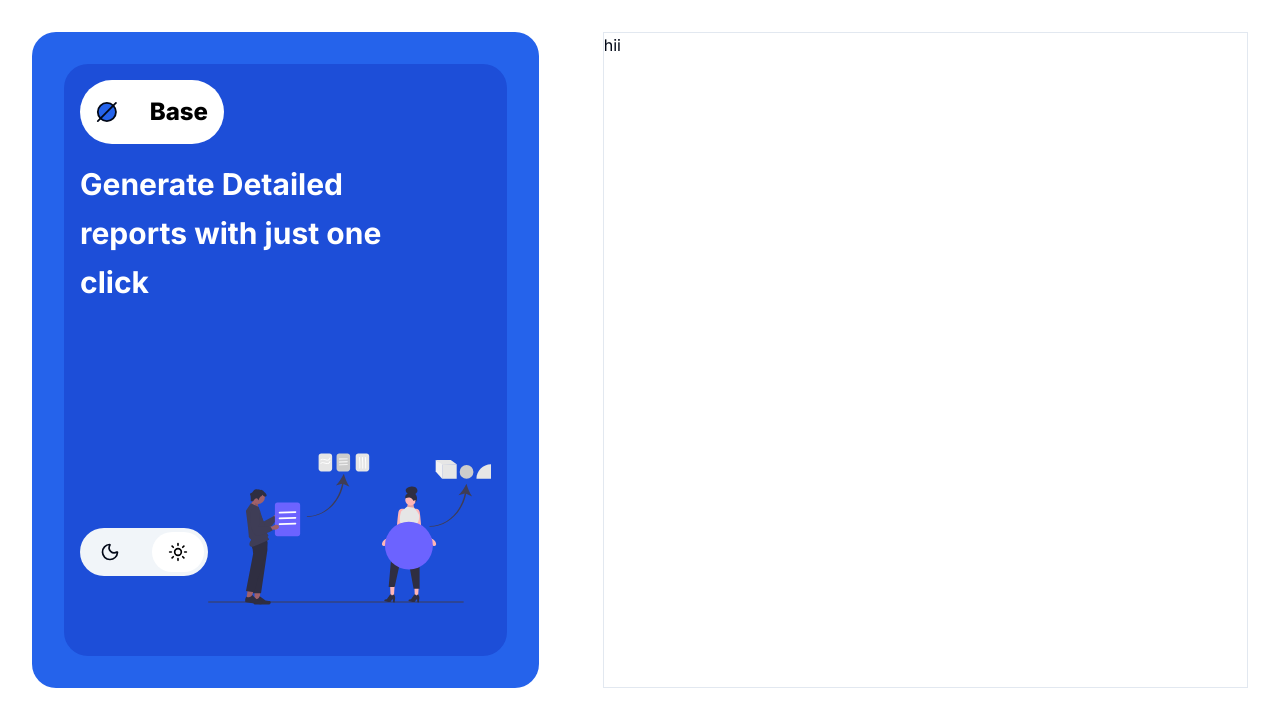
Repository: Hardyy00/openinapp_assignment
Page: /
These files come from the project's save history. The page is drawn as it stood at one moment and after the next save; the edit follows.
The browser window is 1280 px wide. The pictures show the whole page.
The project was rebuilt for these pictures with package versions that can differ from the ones it lists, and the page was loaded fresh each time. The framework's server and built-in components were replaced by stand-ins that run in the browser. Also part of the build but not shown: next.config.mjs.

Above is the page before, as saved 2024-08-23 16:06:36.

### app/layout.tsx
import type { Metadata } from "next";
import { Inter } from "next/font/google";
import "./globals.css";
import { ThemeProvider } from "@/components/theme-provider";

const inter = Inter({ subsets: ["latin"] });

export const metadata: Metadata = {
  title: "Create Next App",
  description: "Generated by create next app",
};

export default function RootLayout({
  children,
}: Readonly<{
  children: React.ReactNode;
}>) {
  return (
    <html lang="en">
      <body className={inter.className}>
        <ThemeProvider
          attribute="class"
          defaultTheme="system"
          storageKey="base"
        >
          {children}
        </ThemeProvider>
      </body>
    </html>
  );
}

### app/(auth)/layout.tsx
import { ThemeToggle } from "@/components/theme-toggle";
import { CircleSlash2 } from "lucide-react";
import Image from "next/image";
import { Intro } from "./_components/intro";
import { Navbar } from "./_components/navbar";

export default function Layout({ children }: { children: React.ReactNode }) {
  return (
    <div className="h-full w-full">
      <Navbar />
      <div className="w-full h-full flex flex-col lg:flex-row">
        <Intro />

        <div className="flex-[0.7]">{children}</div>
      </div>
    </div>
  );
}

### app/(auth)/page.tsx
export default function Page() {
  return (
    <div className="h-full p-8">
      <div className="h-full flex border">
        <div>hii</div>
      </div>
    </div>
  );
}

### app/(auth)/_components/intro.tsx
import { ThemeToggle } from "@/components/theme-toggle";
import { CircleSlash2 } from "lucide-react";
import Image from "next/image";

export const Intro: React.FC = () => {
  return (
    <div className="flex-[0.5] p-8 hidden lg:block">
      <div className="p-8 bg-blue-600 h-full rounded-3xl">
        <div className="p-4 bg-blue-700 h-full rounded-3xl flex flex-col gap-y-4 justify-between">
          <div className="p-4 flex items-center bg-white rounded-full w-[9rem] space-x-8">
            <CircleSlash2 className="stroke-white-600 fill-blue-600 h-7 w-7" />
            <h1 className="text-black font-extrabold text-2xl ">Base</h1>
          </div>

          <div className="w-[80%]">
            <p className="text-3xl font-bold text-wrap leading-relaxed text-white">
              Generate Detailed reports with just one click
            </p>
          </div>

          <div className=" flex h-[24rem]">
            <div className="flex-[0.3] self-end pb-16">
              <ThemeToggle className="w-[8rem]" />
            </div>
            <div className="flex-1 h-[70%] self-end  relative">
              {/* <div className="h-[70%]"> */}
              {/* <div className=" relative h-[70%] "> */}
              <Image src={"/auth.svg"} fill alt="svg" />
              {/* </div> */}
              {/* </div> */}
            </div>
          </div>
        </div>
      </div>
    </div>
  );
};

### app/(auth)/_components/navbar.tsx
import { CircleSlash2 } from "lucide-react";

export const Navbar: React.FC = () => {
  return (
    <div className="lg:hidden sticky top-0 bg-blue-600 text-black p-4">
      <div className="flex">
        <CircleSlash2 className="fill-white stroke-blue-600 h-8 w-8" />
      </div>
    </div>
  );
};

### components/theme-toggle.tsx
"use client";

import { Moon, Sun } from "lucide-react";
import { useTheme } from "next-themes";
import { Button } from "./ui/button";
import { cn } from "@/lib/utils";
import { useState } from "react";

interface ToggleThemeProps {
  className?: string;
}

export const ThemeToggle: React.FC<ToggleThemeProps> = ({ className = "" }) => {
  const { setTheme } = useTheme();
  const [on, setOn] = useState<String>("sun");

  const handleClick = (type: string) => {
    if (type === "sun") {
      setOn("sun");
      setTheme("light");
    } else {
      setOn("moon");
      setTheme("dark");
    }
  };

  return (
    <div className={cn("w-[10rem] p-1 rounded-full bg-secondary", className)}>
      <div className="flex w-full items-center justify-between">
        <Button
          variant={"ghost"}
          className={cn(
            "p-4 rounded-[4rem] transition-all",
            on === "moon" && "bg-black text-white"
          )}
          onClick={() => handleClick("moon")}
        >
          <Moon className="h-5 w-5" />
        </Button>

        <Button
          variant={"ghost"}
          className={cn(
            "p-4 rounded-[4rem] hover:bg-white hover:text-black transition-all",
            on === "sun" && "bg-white text-black"
          )}
          onClick={() => handleClick("sun")}
        >
          <Sun className="h-5 w-5" />
        </Button>
      </div>
    </div>
  );
};

### components/ui/button.tsx
import * as React from "react";
import { Slot } from "@radix-ui/react-slot";
import { cva, type VariantProps } from "class-variance-authority";

import { cn } from "@/lib/utils";

const buttonVariants = cva(
  "inline-flex items-center justify-center whitespace-nowrap rounded-md text-sm font-medium ring-offset-background transition-colors focus-visible:outline-none focus-visible:ring-2 focus-visible:ring-ring focus-visible:ring-offset-2 disabled:pointer-events-none disabled:opacity-50",
  {
    variants: {
      variant: {
        primary: "bg-blue-600 text-primary-foreground",
        default: "bg-primary text-primary-foreground hover:bg-primary/90",
        destructive:
          "bg-destructive text-destructive-foreground hover:bg-destructive/90",
        outline:
          "border border-input bg-background hover:bg-accent hover:text-accent-foreground",
        secondary:
          "bg-secondary text-secondary-foreground hover:bg-secondary/80",
        ghost: "hover:bg-accent hover:text-accent-foreground",
        link: "text-primary underline-offset-4 hover:underline",
      },
      size: {
        default: "h-10 px-4 py-2",
        sm: "h-9 rounded-md px-3",
        lg: "h-11 rounded-md px-8",
        icon: "h-10 w-10",
      },
    },
    defaultVariants: {
      variant: "default",
      size: "default",
    },
  }
);

export interface ButtonProps
  extends React.ButtonHTMLAttributes<HTMLButtonElement>,
    VariantProps<typeof buttonVariants> {
  asChild?: boolean;
}

const Button = React.forwardRef<HTMLButtonElement, ButtonProps>(
  ({ className, variant, size, asChild = false, ...props }, ref) => {
    const Comp = asChild ? Slot : "button";
    return (
      <Comp
        className={cn(buttonVariants({ variant, size, className }))}
        ref={ref}
        {...props}
      />
    );
  }
);
Button.displayName = "Button";

export { Button, buttonVariants };

Loaded but not shown: app/globals.css (common file); components/theme-provider.tsx (common file); lib/utils.ts (common file); tailwind.config.ts (common file)

After the next save:
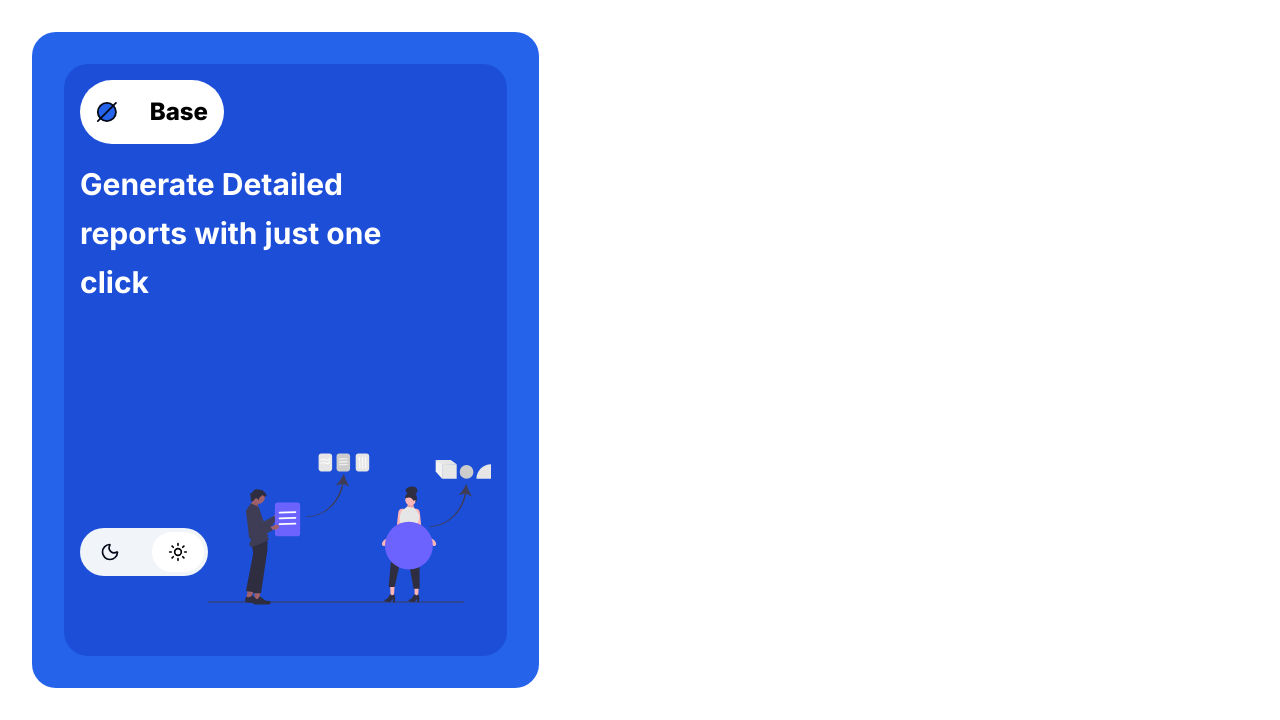
Saved 14 s later.
--- a/app/(auth)/page.tsx
+++ b/app/(auth)/page.tsx
@@ -1,9 +1,3 @@
 export default function Page() {
-  return (
-    <div className="h-full p-8">
-      <div className="h-full flex border">
-        <div>hii</div>
-      </div>
-    </div>
-  );
+  return <div className="h-full p-8"></div>;
 }
